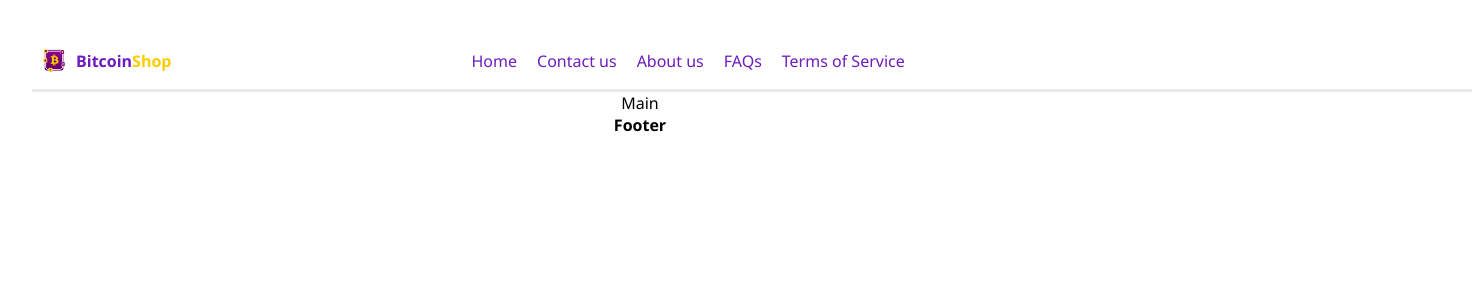
Repository: akinmiday/bitcoinshop-website
Page: /
An editor plug-in stored every save of this project. The page is shown before and after the next save, followed by the edit.
The browser window is 1280 px wide. The page is 1472 px wide, so the pictures cover 1472 px, including what lies to the right of the window. The pictures show the whole page.
The project was rebuilt for these pictures with package versions that can differ from the ones it lists, and the page was loaded fresh each time. Also part of the build but not shown: vite.config.js.

Above is the page before, as saved 2023-07-10 10:53:37.

### src/App.jsx
import React from 'react'
import { Route, createBrowserRouter, RouterProvider, createRoutesFromElements } from "react-router-dom"
import './App.css'
import Layout from './components/layout'



const router = createBrowserRouter(createRoutesFromElements(
  <Route path='/' element={<Layout />} />
))

function App() {

  return (
    <RouterProvider router={router} />
  )
}

export default App

### src/index.css
*{
    margin: 0;
    padding: 0;
    box-sizing: border-box;
    font-family: 'Segoe UI', Tahoma, Geneva, Verdana, sans-serif ;
}

.header{
    display: flex;
    color:#6E1CBC;
    display: flex;
    align-items: center;
    border-bottom: #EAEAEA solid;
    width: 1440px;
    height: 60px;
    flex-shrink: 0;
}


.right-side-header{
    display: flex;
    align-items: center;
    font-weight: 500;
}

.right-side-header > img{
    padding: 10px;
    height: 44px;

}

.shop-logo{
    color:#FFCC00 ;
}

.middle-section-header{
    display: inline-flex;
    align-items: flex-start;
    gap: 20px;
    margin-left: 300px;
}

### src/components/layout.jsx
import React from "react";
import { Outlet } from "react-router-dom";
import Header from "./header";
import Footer from "./footer";

export default function Layout() {
    return (<>
        <Header />
        <main>Main</main>
        <Footer />
    </>)
}

### src/components/header.jsx
import React from "react";
import logoImg from "../assets/bitcoinshop-logo.png"


export default function Header() {
    return (<div className="header" >
        <div className="right-side-header" ><img src={logoImg} />
            <h4>Bitcoin<span className="shop-logo" >Shop</span></h4>
        </div>
        <div className="middle-section-header" >
            <span>Home</span>
            <span>Contact us</span>
            <span>About us</span>
            <span>FAQs</span>
            <span>Terms of Service</span>
        </div>


    </div>)
}

### src/components/footer.jsx
import React from "react";

export default function Footer() {
    return (<>
        <h4>Footer</h4>
    </>)
}

Loaded but not shown: src/main.jsx (common file); src/App.css (common file)

After the next save:
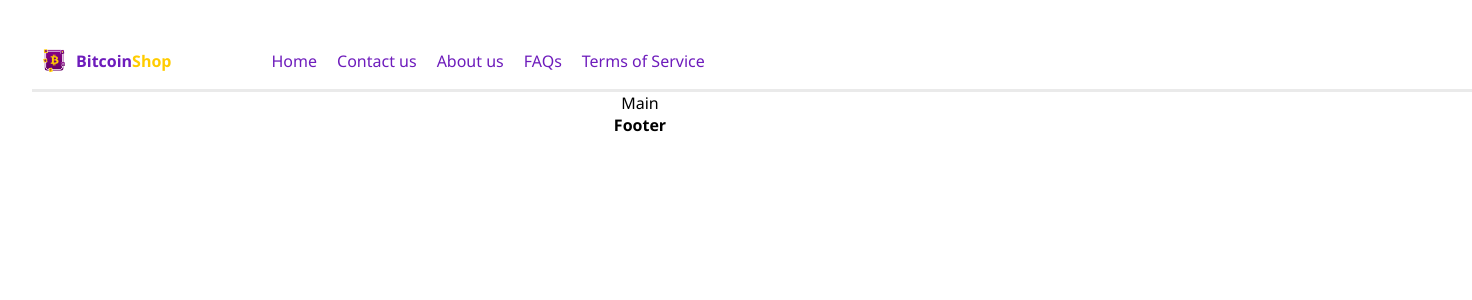
Saved 15 s later.
--- a/src/index.css
+++ b/src/index.css
@@ -37,5 +37,5 @@
     display: inline-flex;
     align-items: flex-start;
     gap: 20px;
-    margin-left: 300px;
+    margin-left: 100px;
 }
